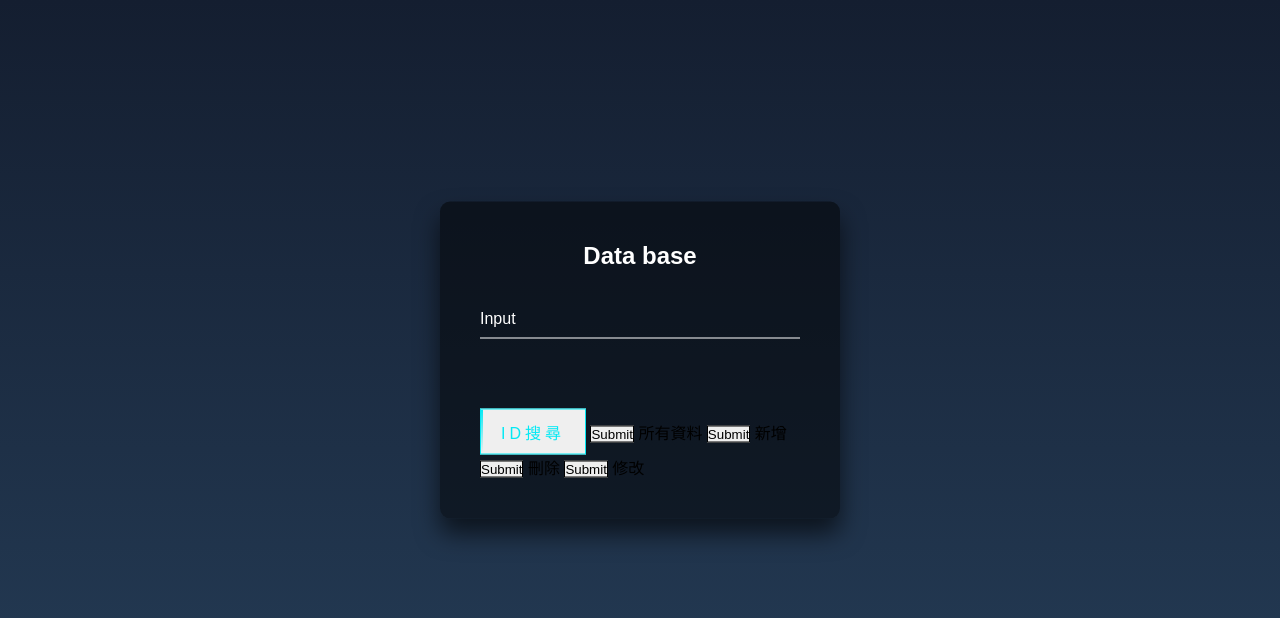
Repository: Ray917x/JaveEEforProject
Page: JSP/src/main/webapp/project/MainPageCSS.html
The author's editor kept a copy of each file at every save. The page is drawn from the files as they stood at one save, then again after the next save.
The browser window is 1280 px wide. The pictures show the whole page.

Above is the page before, as saved 2022-09-14 07:36:39.

### JSP/src/main/webapp/project/MainPageCSS.html
<!DOCTYPE html>
<html lang="en">

<head>
    <meta charset="UTF-8">
    <meta http-equiv="X-UA-Compatible" content="IE=edge">
    <meta name="viewport" content="width=device-width, initial-scale=1.0">
    <title>Document</title>
    <style>
    	.button{
    	 	margin: 0;
            padding: 0;
            border: 1px solid;
    	}

        html {
            height: 100%;
        }

        body {
            margin: 0;
            padding: 0;
            font-family: sans-serif;
            background: linear-gradient(#141e30, #243b55);
        }

        .login-box {
            position: absolute;
            top: 50%;
            left: 50%;
            width: 400px;
            padding: 40px;
            transform: translate(-50%, -50%);
            background: rgba(0, 0, 0, .5);
            box-sizing: border-box;
            box-shadow: 0 15px 25px rgba(0, 0, 0, .6);
            border-radius: 10px;
        }

        .login-box h2 {
            margin: 0 0 30px;
            padding: 0;
            color: #fff;
            text-align: center;
        }

        .login-box .user-box {
            position: relative;
        }

        .login-box .user-box input {
            width: 100%;
            padding: 10px 0;
            font-size: 16px;
            color: #fff;
            margin-bottom: 30px;
            border: none;
            border-bottom: 1px solid #fff;
            outline: none;
            background: transparent;
        }

        .login-box .user-box label {
            position: absolute;
            top: 0;
            left: 0;
            padding: 10px 0;
            font-size: 16px;
            color: #fff;
            pointer-events: none;
            transition: .5s;
        }

        .login-box .user-box input:focus~label,
        .login-box .user-box input:valid~label {
            top: -20px;
            left: 0;
            color: #03e9f4;
            font-size: 12px;
        }

        .login-box form button {
            position: relative;
            display: inline-block;
            padding: 10px 20px;
            color: #03e9f4;
            font-size: 16px;
            text-decoration: none;
            text-transform: uppercase;
            overflow: hidden;
            transition: .5s;
            margin-top: 40px;
            letter-spacing: 4px
        }

        .login-box .button:hover {
            background: #03e9f4;
            color: #fff;
            border-radius: 5px;
            box-shadow: 0 0 5px #03e9f4,
                0 0 25px #03e9f4,
                0 0 50px #03e9f4,
                0 0 100px #03e9f4;
        }

        .login-box .button span {
            position: absolute;
            display: block;
        }

        .login-box .button span:nth-child(1) {
            top: 0;
            left: -100%;
            width: 100%;
            height: 2px;
            background: linear-gradient(90deg, transparent, #03e9f4);
            animation: btn-anim1 1s linear infinite;
        }


        @keyframes btn-anim1 {
            0% {
                left: -100%;
            }

            50%,
            100% {
                left: 100%;
            }
        }

        .login-box .button span:nth-child(2) {
            top: -100%;
            right: 0;
            width: 2px;
            height: 100%;
            background: linear-gradient(180deg, transparent, #03e9f4);
            animation: btn-anim2 1s linear infinite;
            animation-delay: .25s
        }

        @keyframes btn-anim2 {
            0% {
                top: -100%;
            }

            50%,
            100% {
                top: 100%;
            }
        }

        .login-box button span:nth-child(3) {
            bottom: 0;
            right: -100%;
            width: 100%;
            height: 2px;
            background: linear-gradient(270deg, transparent, #03e9f4);
            animation: btn-anim3 1s linear infinite;
            animation-delay: .5s
        }

        @keyframes btn-anim3 {
            0% {
                right: -100%;
            }

            50%,
            100% {
                right: 100%;
            }
        }

        .login-box .button span:nth-child(4) {
            bottom: -100%;
            left: 0;
            width: 2px;
            height: 100%;
            background: linear-gradient(360deg, transparent, #03e9f4);
            animation: btn-anim4 1s linear infinite;
            animation-delay: .75s
        }

        @keyframes btn-anim4 {
            0% {
                bottom: -100%;
            }

            50%,
            100% {
                bottom: 100%;
            }
        }
    </style>
</head>

<body>
    <div class="login-box">
        <h2>Data base</h2>
        <form method="post" action="/JSP/AnimalGetJSTL">
            <div class="user-box">
                <input type="text" name="animal_id" required>
                <label>Input</label>
            </div>

            <button class="button" type="submit">
            	<span></span>
                <span></span>
                <span></span>
                <span></span>
                ID搜尋
            </button>

            <input class="button" type="submit" formaction="/JSP/AnimalGetAllJSTL">
                <span></span>
                <span></span>
                <span></span>
                <span></span>
                所有資料
            </input>

            <input class="button" type="submit"  formaction="AnimalCreate.html">
                <span></span>
                <span></span>
                <span></span>
                <span></span>
                新增
            </input>

            <input class="button" type="submit"  formaction="/JSP/AnimalDelete">
                <span></span>
                <span></span>
                <span></span>
                <span></span>
                刪除
            </input>

            <input class="button" type="submit"  formaction="/JSP/AnimalGetUpdateJSTL">
                <span></span>
                <span></span>
                <span></span>
                <span></span>
                修改
            </input>
        </form>
    </div>
</body>

</html>

After the next save:
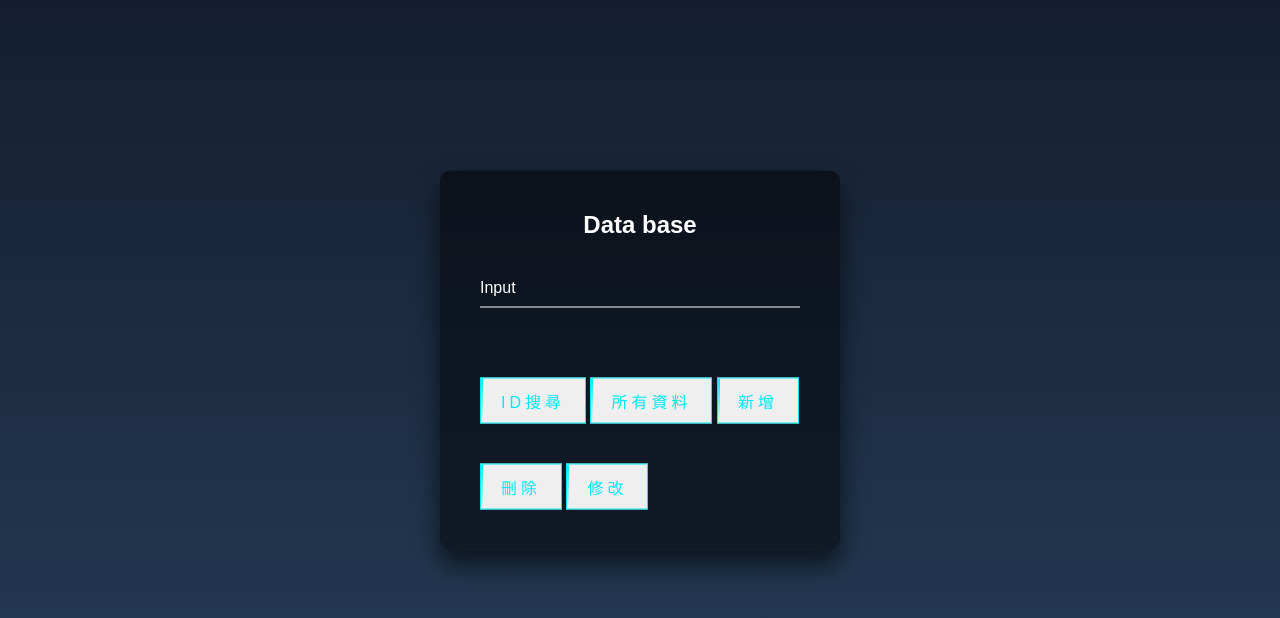
Saved 16 min 22 s later.
--- a/JSP/src/main/webapp/project/MainPageCSS.html
+++ b/JSP/src/main/webapp/project/MainPageCSS.html
@@ -211,37 +211,37 @@
                 ID搜尋
             </button>
 
-            <input class="button" type="submit" formaction="/JSP/AnimalGetAllJSTL">
+            <button class="button" type="submit" formaction="/JSP/AnimalGetAllJSTL">
                 <span></span>
                 <span></span>
                 <span></span>
                 <span></span>
                 所有資料
-            </input>
-
-            <input class="button" type="submit"  formaction="AnimalCreate.html">
+            </button>
+
+            <button class="button" type="submit"  formaction="AnimalCreate.html">
                 <span></span>
                 <span></span>
                 <span></span>
                 <span></span>
                 新增
-            </input>
-
-            <input class="button" type="submit"  formaction="/JSP/AnimalDelete">
+            </button>
+
+            <button class="button" type="submit"  formaction="/JSP/AnimalDelete">
                 <span></span>
                 <span></span>
                 <span></span>
                 <span></span>
                 刪除
-            </input>
-
-            <input class="button" type="submit"  formaction="/JSP/AnimalGetUpdateJSTL">
+            </button>
+
+            <button class="button" type="submit"  formaction="/JSP/AnimalGetUpdateJSTL">
                 <span></span>
                 <span></span>
                 <span></span>
                 <span></span>
                 修改
-            </input>
+            </button>
         </form>
     </div>
 </body>
